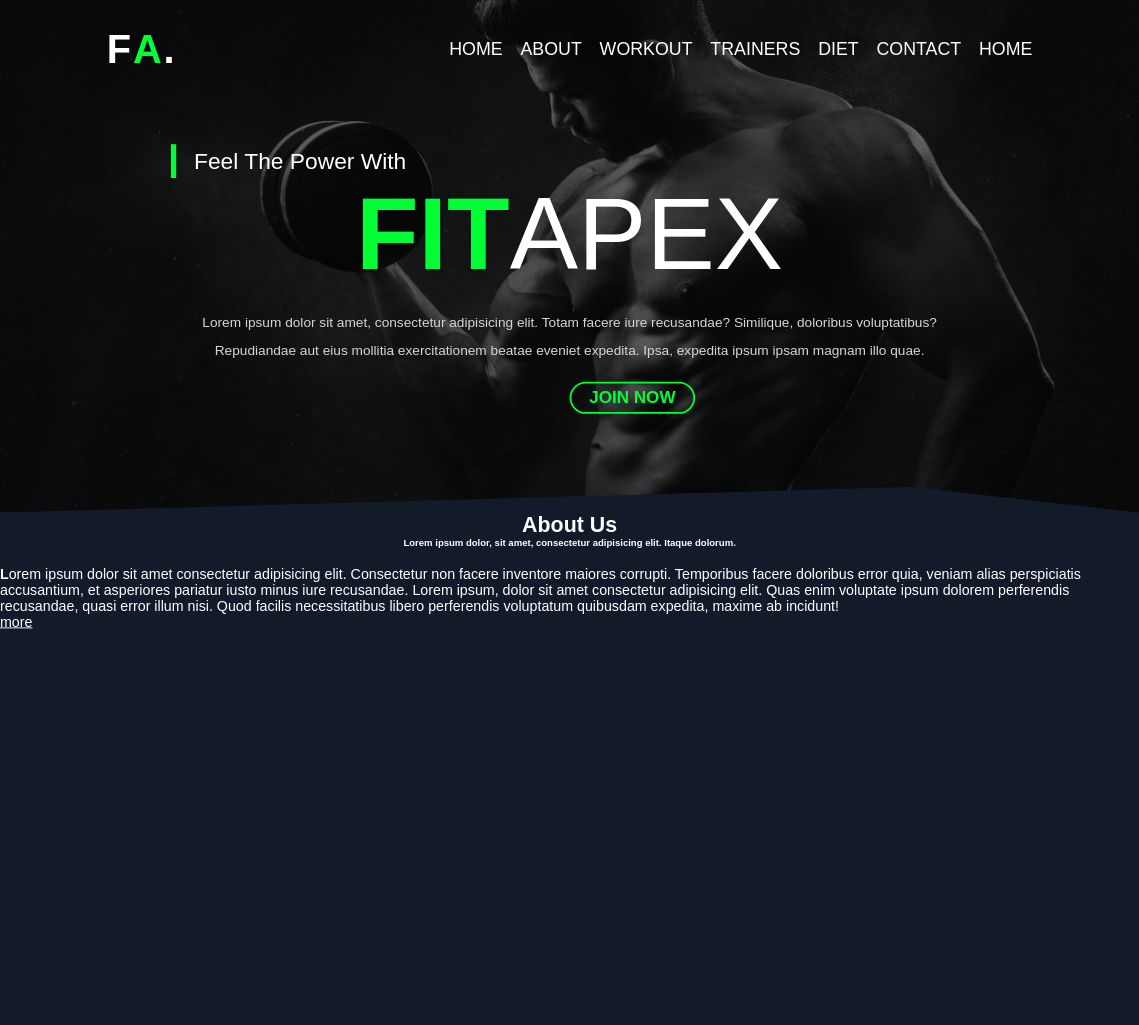
Repository: guilhermecardoso93/fitapex
Page: index.html
These files come from the project's save history. The page is drawn as it stood at one moment and after the next save; the edit follows.
The browser window is 1280 px wide. The pictures show the whole page, at 89% of full size.

Above is the page before, as saved 2023-03-05 21:11:44.

After the next save:
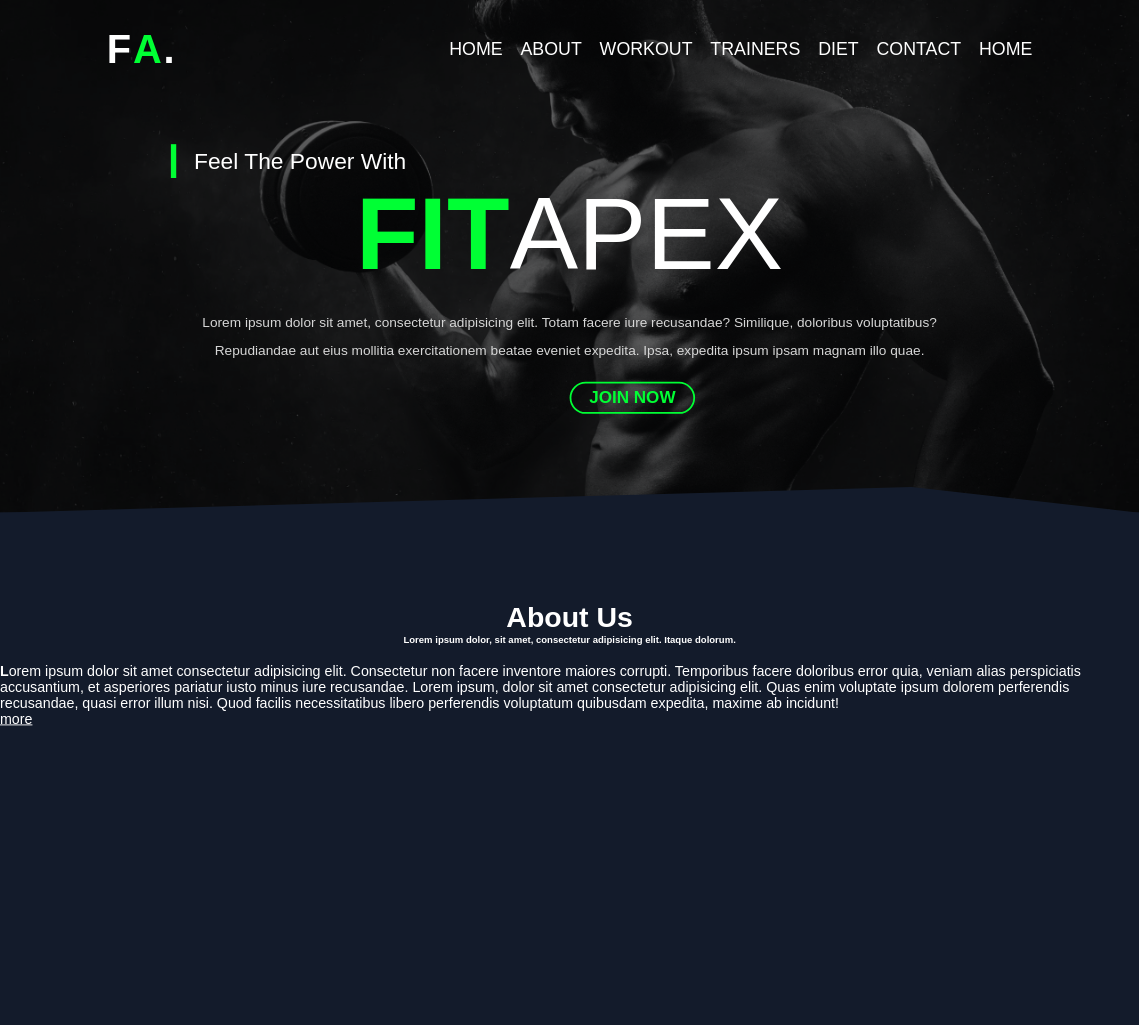
Saved 52 s later.
--- a/css/_about.css
+++ b/css/_about.css
@@ -3,3 +3,11 @@
   text-align: center;
   padding-bottom: 20px;
 }
+
+.main h2 {
+  font-size: 2.5vw;
+  position: relative;
+  text-align: center;
+  padding-top: 100px;
+  display: inline-block;
+}
